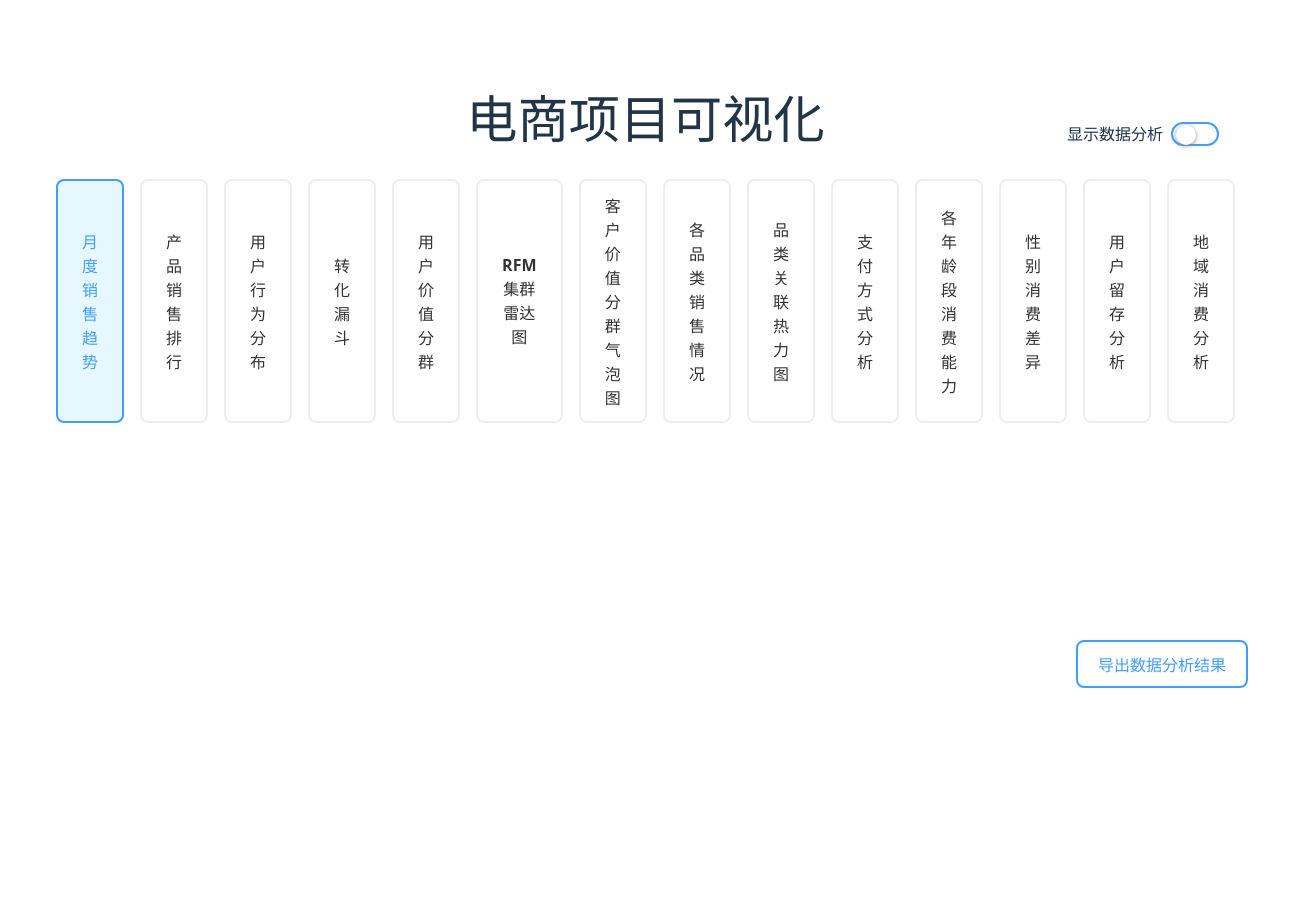
Repository: sakimi-9/DPV-EC
Page: / (app in src/rendering/)
An editor plug-in stored every save of this project. The page is shown before and after the next save, followed by the edit.
The browser window is 1280 px wide. The page is 1291 px wide, so the pictures cover 1291 px, including what lies to the right of the window. The pictures show the whole page.
The page's requests for data from a server got no answer. The project was rebuilt for these pictures with package versions that can differ from the ones it lists, and the page was loaded fresh each time. No one was signed in, and anything a server would have sent is missing. Also part of the build but not shown: src/rendering/vite.config.ts, src/rendering/src/views/ProductRank.vue, src/rendering/src/views/UserBehavior.vue, src/rendering/src/views/Funnel.vue, src/rendering/src/views/RFMScatter.vue, src/rendering/src/views/RFMRadar.vue, src/rendering/src/views/RFMBubble.vue, src/rendering/src/views/CategorySales.vue and 6 more.

Above is the page before, as saved 2025-06-26 00:05:27.

After the next save:
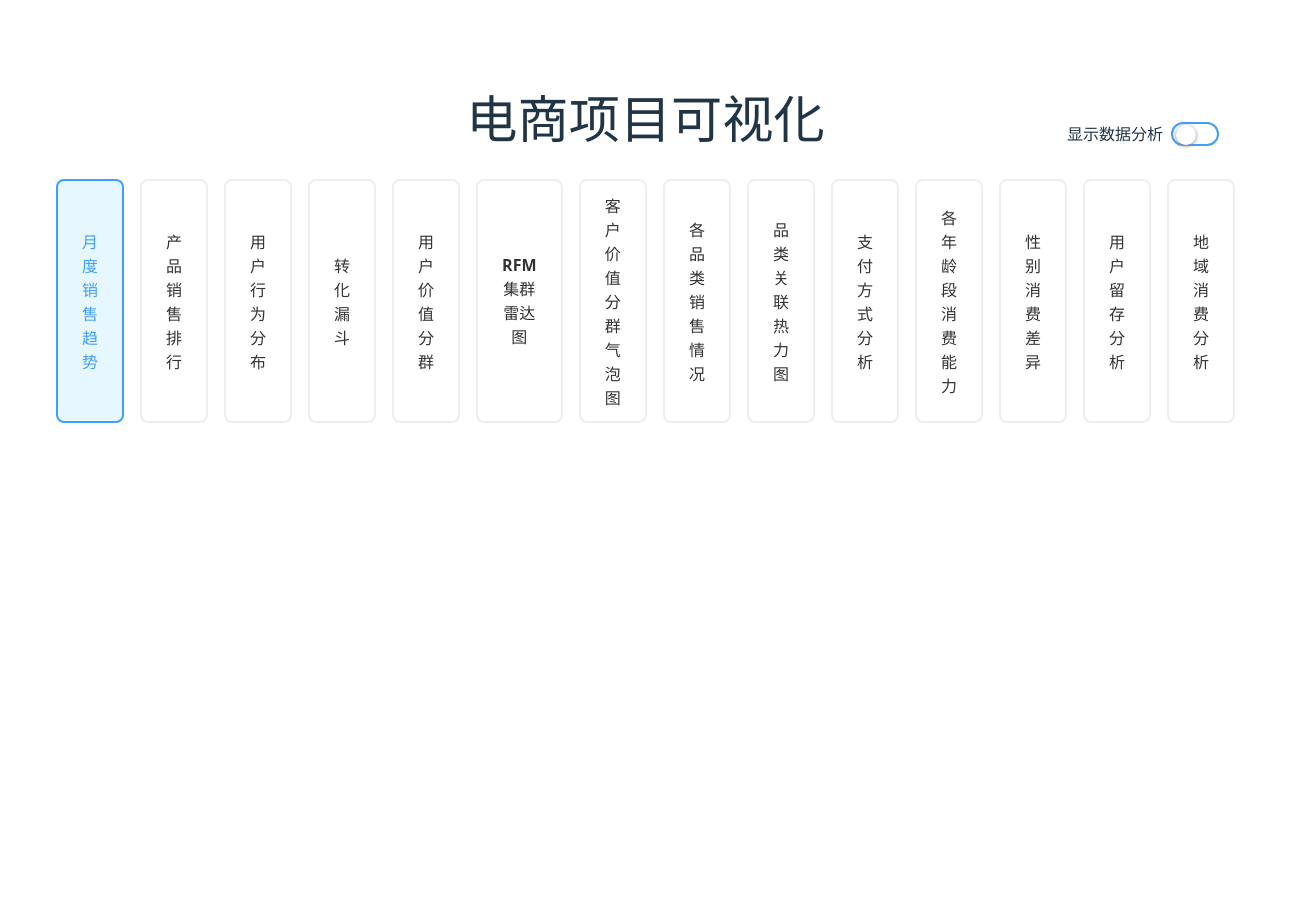
Saved 5 min 17 s later.
--- a/src/rendering/src/App.vue
+++ b/src/rendering/src/App.vue
@@ -11,11 +11,6 @@
           display: 'block', width: '20px', height: '20px', borderRadius: '50%', background: '#fff', position: 'absolute', top: '1px', left: showAnalysis ? '25px' : '3px', boxShadow: '0 1px 4px #888', transition: 'left 0.2s'
         }"></span>
       </button>
-    </div>
-    <!-- 右下角导出按钮，紧凑靠边 -->
-    <div style="position: fixed; bottom: 32px; right: 32px; z-index: 10;">
-      <button @click="exportAnalysisImage"
-        style="padding: 10px 20px; border: 2px solid #409EFF; border-radius: 8px; background: #fff; color: #409EFF; font-weight: bold; cursor: pointer; font-size: 16px;">导出数据分析结果</button>
     </div>
     <div style="display: flex; justify-content: center; gap: 16px; margin-bottom: 32px;">
       <button v-for="(tab, idx) in tabs" :key="tab.key" :style="{
@@ -33,7 +28,7 @@
     <component :is="tabs[activeTab].component" />
     <!-- 黑框数据分析文本 -->
     <div v-if="showAnalysis && analysisText[tabs[activeTab].key]"
-      style="margin: 32px auto 0; max-width: 900px; background: #222; color: #fff; border-radius: 12px; padding: 24px 32px; font-size: 18px; font-family: 'Microsoft YaHei', sans-serif; box-shadow: 0 2px 12px #0002;">
+      style="margin: 32px auto 0; max-width: 900px; background: #eaf6ff; color: #222; border-radius: 12px; border: 2px solid #222; padding: 24px 32px; font-size: 18px; font-family: 'Microsoft YaHei', sans-serif; box-shadow: 0 2px 12px #0002; text-align: left;">
       <div v-html="analysisText[tabs[activeTab].key]" />
     </div>
   </div>
